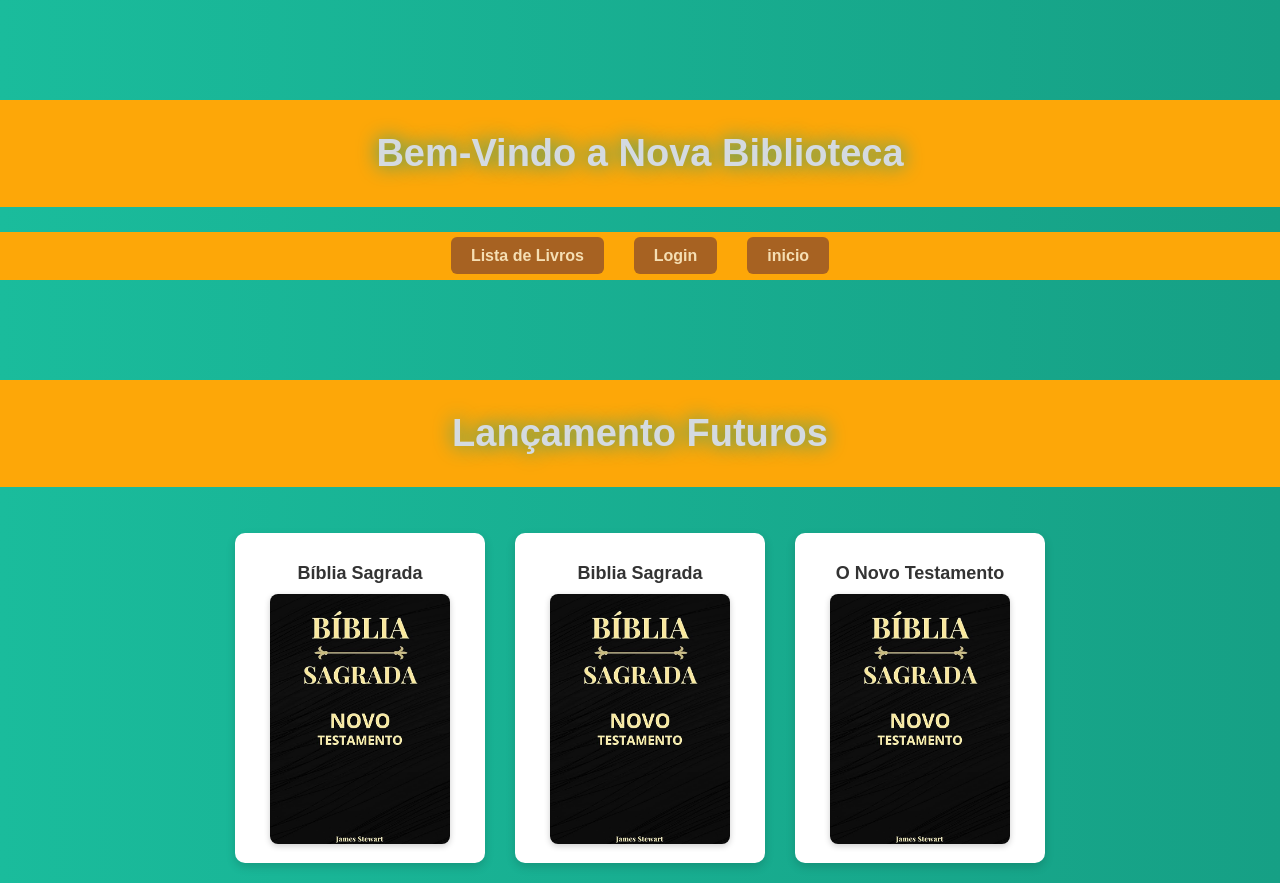
Repository: cleytonds/Biblioteca
Page: templates/Biblioteca_usuario.HTML
The author's editor kept a copy of each file at every save. The page is drawn from the files as they stood at one save, then again after the next save.
The browser window is 1280 px wide. The pictures show the whole page.

Above is the page before, as saved 2025-11-15 09:48:53.

### templates/Biblioteca_usuario.HTML
<!DOCTYPE html>
<html lang="en">
<head>
    <meta charset="UTF-8">
    <meta name="viewport" content="width=device-width, initial-scale=1.0">
    <title>Biblioteca</title>
    <link rel="stylesheet" href="../Static/indexStyle.css">
    <link rel="stylesheet" href="/Biblioteca/app.py">




</head>
<body>
    <!--inicio da pagina-->
    <h1>Bem-Vindo a Nova Biblioteca </h1>

    <al class="menu">
        <li><a href="lista_livros.HTML">Lista de Livros</a></li>
        <li><a href="login.HTML">Login</a></li>
        <li><a href="Biblioteca_usuario.HTML"> inicio</a></li>
    </al>


   <main>
        <h1>Lançamento Futuros</h1>
        <section>
         <article>
            <h2>Bíblia Sagrada</h2>
            <img src="nono.jpg" alt="Biblia sagrada">
         </article>

         <aside>
            <h2>Biblia Sagrada</h2>
            <img src="nono.jpg" alt="Biblia Sagrada">
         </aside>

         <article>
            <h2>O Novo Testamento</h2>
            <img src="nono.jpg" alt="Novo testamento">
         </article>
        </section>
   </main>


</body>
</html>

### Static/indexStyle.css
/*cor do nome principal da pagina*/
@keyframes brilho{
    0%{ text-shadow: 0 0 10px #1abc9c;}
    50%{ text-shadow: 0 0 20px #16a085;}
    100%{ text-shadow: 0 0 10px #1abc9c;}
}

@import url('https://fonts.googleapis.com/css2?family=Poppins:wght@600&family=Montserrat:wght@500&display=swap');
/*estilo da fonte*/
.titulo{
    font-family: 'montserrat',sans-serif;
}
h1{
    font-family:'Poppins',sans-serif;
    font-size: 38px;
    color: #d4dae0;
    text-align: center;
    margin-top: 100px;
    animation: brilho 2s infinite alternate;

}

body{
    background: linear-gradient(to right, #1abc9c, #16a085)/*cor fundo da pagina*/
}
h1{
    padding: 2rem;
    background-color: rgb(253, 167, 8);
    text-align: center;
}

button{
    display: flex;
    height: 100%;
    background-color: #eff1ef;
    color: #0000ee;
    text-align: center;
    margin-block-end: 12px;

}
body {
    margin: 0;
    font-family: Arial, sans-serif;
    background-color: #fdfdfd;

}

/*opções de menu*/
.menu{
    list-style: none; /*tira os marcadores*/
    padding: 0;
    margin: 0;
    display: flex;          /* coloca os itens lado a lado */
    justify-content: center; /* centraliza no meio da tela */
    gap: 30px;                  /* espaço entre os botões */
    background-color:  rgb(253, 167, 8);  /* cor da barra de menu */
    padding: 15px 0;

}
/*estilo dos linrs (botões)*/
.menu li a {
    text-decoration: none;
    color: wheat;
    font-weight: bold;
    padding: 10px 20px;
    border-radius: 6px;
    background-color: #a76222;
    transition: backgronud 0.3s, transform 0.2s;

}
/*Efeito houver (ao passar o mouse)*/
.menu li a:hover{
    background-color: #1abc9c;
    transform: scale(1.05);
}
body {
    background-color: #f5f5f5;
    font-family: Arial, Helvetica, sans-serif;

}
/* Estilo geral */
body {
    background-color: #f5f5f5;
    font-family: Arial, sans-serif;
    margin: 0;
    padding: 0;
}

/* A section é o container das imagens */
section {
    display: flex;                /* Coloca lado a lado */
    justify-content: center;      /* Centraliza horizontalmente */
    align-items: flex-start;      /* Alinha pelo topo */
    gap: 30px;                    /* Espaço entre os elementos */
    flex-wrap: wrap;              /* Quebra linha se a tela for pequena */
    padding: 20px;
}

/* Cada article e aside se comportam como caixinhas */
article, aside {
    background-color: white;
    border-radius: 10px;
    box-shadow: 0 4px 10px rgba(0,0,0,0.15);
    text-align: center;
    padding: 15px;
    width: 220px;                 /* Largura fixa de cada bloco */
    transition: transform 0.3s ease;
}

/* Efeito de destaque ao passar o mouse */
article:hover, aside:hover {
    transform: scale(1.05);
}

/* Título de cada livro */
h2 {
    font-size: 18px;
    color: #333;
    margin-bottom: 10px;
}

/* Estilo da imagem */
img {
    width: 180px;                 /* Diminui o tamanho da imagem */
    height: 250px;                /* Altura proporcional */
    object-fit: cover;            /* Corta imagem mantendo o formato */
    border-radius: 8px;
    box-shadow: 0 2px 6px rgba(0,0,0,0.2);
}
@media (max-width: 768px) {
    section {
        flex-direction: column;
        align-items: center;
    }

    article, aside {
        width: 80%;
    }

    img {
        width: 100%;
        height: auto;
    }
}

After the next save:
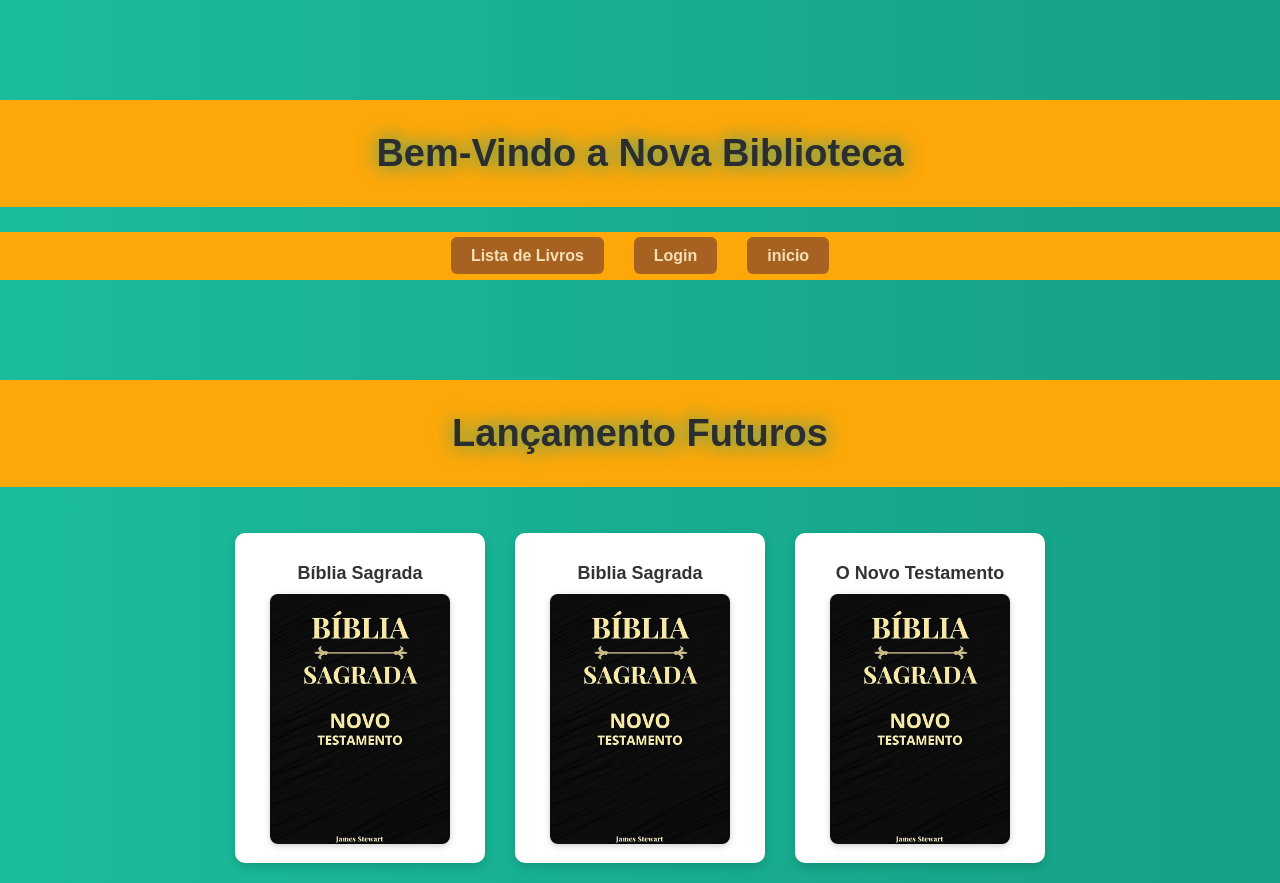
Saved 7 s later.
--- a/Static/indexStyle.css
+++ b/Static/indexStyle.css
@@ -13,7 +13,7 @@
 h1{
     font-family:'Poppins',sans-serif;
     font-size: 38px;
-    color: #d4dae0;
+    color: #2c2d2e;
     text-align: center;
     margin-top: 100px;
     animation: brilho 2s infinite alternate;
